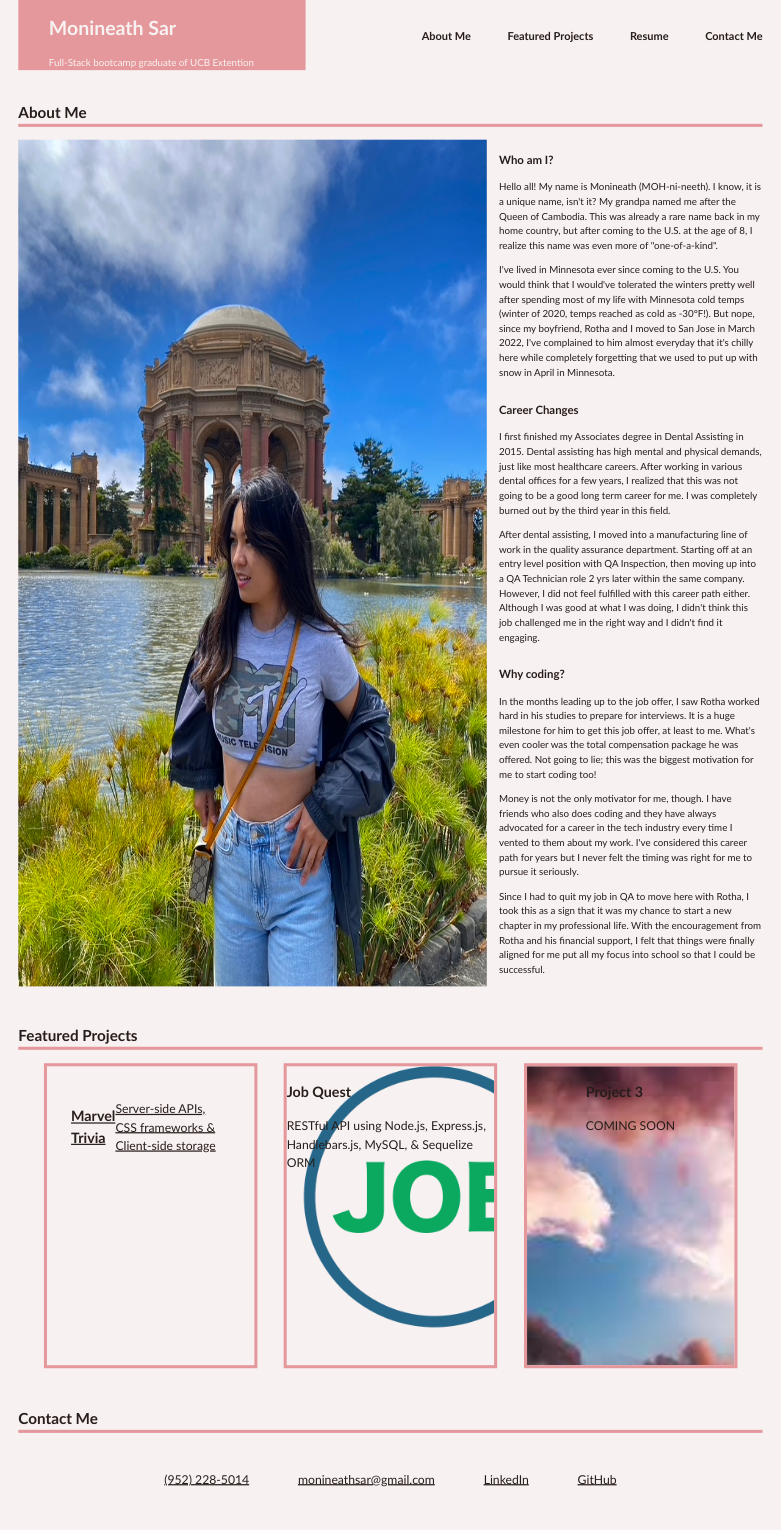
Repository: monineathsar/Challenge-2
Page: index.html
These files come from the project's save history. The page is drawn as it stood at one moment and after the next save; the edit follows.
The browser window is 1280 px wide. The pictures show the whole page, at 61% of full size.

Above is the page before, as saved 2022-08-13 13:11:52.

### index.html
<!DOCTYPE html>
<html lang="en">

<head>
    <meta charset="UTF-8">
    <meta http-equiv="X-UA-Compatible" content="IE=edge">
    <meta name="viewport" content="width=device-width, initial-scale=1.0">
    <title>Sar, M. / Full-Stack Developer</title>
    <link rel="stylesheet" href="./assets/css/style.css">
</head>

<body>
    <!--main page header and nav bar-->
    <header>
        <div>
            <h1>Monineath Sar</h1>
            <span>Full-Stack bootcamp graduate of UCB Extention</span>
        </div>
        <nav>
            <a href="#about"><b>About Me</b></a>
            <a href="#projects"><b>Featured Projects</b></a>
            <a href=""><b>Resume</b></a>
            <a href="#contact"><b>Contact Me</b></a>
        </nav>
    </header>
    <main>
        <!--"About me" container-->
        <section id="about" class="page-section">
            <h2>About Me</h2>
            <!--tab links-->
            <div class="aboutMeDiv">
                <img src="./assets/images/profilePic.JPG" alt="Monineath Sar" width="auto" height="auto">
                <!--"Who am I" paragraph-->
                <div class="aboutMeSection">
                    <section id="who">
                        <h3>Who am I?</h3>
                        <p>
                            Hello all! My name is Monineath (MOH-ni-neeth). I know, it is a
                            unique name, isn't it? My grandpa named me after the Queen of Cambodia.
                            This was already a rare name back in my home country, but after coming
                            to the U.S. at the age of 8, I realize this name was even more of "one-of-a-kind".
                        </p>
                        <p>
                            I've lived in Minnesota ever since coming to the U.S.
                            You would think that I would've tolerated the winters pretty well after
                            spending most of my life with Minnesota cold temps (winter of 2020, temps
                            reached as cold as -30°F!). But nope, since my boyfriend, Rotha and I moved to San Jose in
                            March 2022, I've complained to him almost everyday that it's chilly here while completely
                            forgetting that we used to put up with snow in April in Minnesota.
                        </p>
                    </section>
                    <!--"work history" paragraph-->
                    <section id="work">
                        <h3>Career Changes</h3>
                        <p>
                            I first finished my Associates degree in Dental Assisting in 2015. Dental assisting has high
                            mental and physical demands, just like most healthcare careers. After working in various
                            dental offices for a few years, I realized that this was not going to be a good long term
                            career for me. I was completely burned out by the third year in this field.
                        <p>
                            After dental assisting, I moved into a manufacturing line of work in the quality
                            assurance department. Starting off at an entry level position with QA Inspection, then
                            moving up into a QA Technician role 2 yrs later within the same company. However, I did not
                            feel fulfilled with this career path either. Although I was good at what I was doing, I
                            didn't think this job challenged me in the right way and I didn't find it engaging.
                        </p>
                    </section>
                    <!--"why coding" paragraph-->
                    <section id="why">
                        <h3>Why coding?</h3>
                        <p>
                            In the months leading up to the job offer, I saw Rotha worked hard in his studies to prepare
                            for interviews. It is a huge milestone for him to get this job offer, at least
                            to me. What's even cooler was the total compensation package he was offered.
                            Not going to lie; this was the biggest motivation for me to start coding too!
                        </p>
                        <p>
                            Money is not the only motivator for me, though. I have friends
                            who also does coding and they have always advocated for a career in the tech
                            industry every time I vented to them about my work. I've considered this
                            career path for years but I never felt the timing was right for me to pursue it seriously.
                        </p>
                        <p>
                            Since I had to quit my job in QA to move here with Rotha, I took this as a sign that it was
                            my chance to start a new chapter in my professional life. With the encouragement from Rotha
                            and his financial support, I felt that things were finally aligned for me put all my focus
                            into school so that I could be successful.
                        </p>
                    </section>
                </div>
            </div>
        </section>
        <!--Featured Projects Container-->
        <section id="projects" class="page-section">
            <h2>Featured Projects</h2>
            <div class="projectContainer">


                <div class="projectsBoxes">
                    <a href="https://monineathsar.github.io/Marvel_Trivia1.0/"
                    class="project"target="_blank" >
                    <h3>Marvel Trivia</h3>
                    <span>Server-side APIs, CSS frameworks & Client-side storage</span>
                    </a>
                </div>


                <a href="https://jobquest.herokuapp.com/" class="projectsBoxes project2" target="_blank">
                    <div>
                        <h3>Job Quest</h3>
                        <span>RESTful API using Node.js, Express.js, Handlebars.js, MySQL, & Sequelize ORM </span>
                    </div>
                </a>

                <a href="" class="projectsBoxes project3">
                    <div>
                        <h3>Project 3</h3>
                        <span>COMING SOON</span>
                    </div>
                </a>
            </div>
        </section>
        <section id="contact" class="page-section">
            <h2>Contact Me</h2>
            <div class="contactMe">
                <a href="tel:+9522285014">(952) 228-5014</a>
                <a href="mailto:monineathsar@gmail.com">monineathsar@gmail.com</a>
                <a href="https://www.linkedin.com/in/monineath-sar-978657236/">LinkedIn</a>
                <a href="https://github.com/monineathsar">GitHub</a>
            </div>
        </section>
    </main>

</body>

</html>

### assets/css/style.css
* {
    box-sizing: border-box;
}
body {
    margin: 0;
    padding: 0;
    font-family: 'Trebuchet MS', 'Lucida Sans Unicode', 'Lucida Grande', 'Lucida Sans', Arial, sans-serif;
    color: #271D1B;
    background-color: #F8F1F1;
    line-height: 1.5;
}
/*Header Flex container*/
header {
    padding: 0px 15px 0px 30px;
    display: flex;
    flex-direction: row;
    justify-content: space-between;
    flex-wrap: wrap;
    align-items: flex-start;
}

/*My name and span message flexbox*/
header div {
    display: flex;
    justify-content: end;
    flex-direction: column;
    flex-wrap: wrap;
    align-items: flex-start;
    color: #F8F1F1;
    padding: 0px 85px 0px 50px;
    margin: 0px;
    background-color: #E5989B;
}

/*Header Nav Flexbox*/
header nav {
    display: flex;
    flex-direction: row;
    flex-wrap: wrap;
    font-size: large;
    margin-top: 30px;
    padding: 0px;
}

/*Header Nav Bar text style*/
nav a {
    margin-left: 30px;
    padding: 15px;
    text-decoration: none;
    color: #271D1B;
}

main {
    margin-top: 10px;
    margin-bottom: 20px;
}

.page-section {
    display: flex;
    flex-direction: column;
    flex-wrap: wrap;
    margin: 20px;
    padding: 10px;
}

h2 {
    border-bottom: 5px solid #E5989B;
    font-size: 25px;
}

/*AboutMe-section container */
.aboutMeDiv {
    display: flex;
    justify-content: flex-start;
    flex-direction: row;
    flex-wrap: nowrap;
}

/*AboutMe flexbox*/
.aboutMeSection {
    display: flex;
    justify-content: flex-start;
    flex-direction: column;
    flex-wrap: wrap;
    align-items: flex-start;
    margin-left: 20px;
}

/*Project-setion container*/
.projectContainer {
    display: flex;
    flex-wrap: wrap;
    flex-direction: row;
    justify-content: space-evenly;
}

/*Each project flexboxes*/
.projectsBoxes {
    display: flex;
    align-items: flex-start;
    justify-content: center;
    padding: 0 0 20px 0;
    margin: 2px;
    text-decoration: none;
    border: 5px solid #E5989B;
    color: #271D1B;
    height: 500px;
    width: 350px;
    background-size: 250%;
}

/*background pics of project flexboxes*/
.project1 {
    background-image: url('marvelLogo.jpg');
    object-fit: contain;
}

.project2 {
    background-image: url(./images/JobQuestLogo.jpeg);
}

.project3 {
    background-image: url(/Users/monineathsar/Desktop/Bootcamp/homework/Challenge-2/assets/images/images3.jpeg);
}
/*Contact me container*/
.contactMe {
    display: flex;
    justify-content: center;
    flex-direction: row;
    align-items: center;
    flex-wrap: wrap;
}
/*contact me nav bar flexbox*/
div a {
    display: flex;
    justify-content: space-between;
    flex-wrap: nowrap;
    align-items: center;
    margin: 20px;
    padding: 20px;
    color: #271D1B;
    font-size: 20px;
}

After the next save:
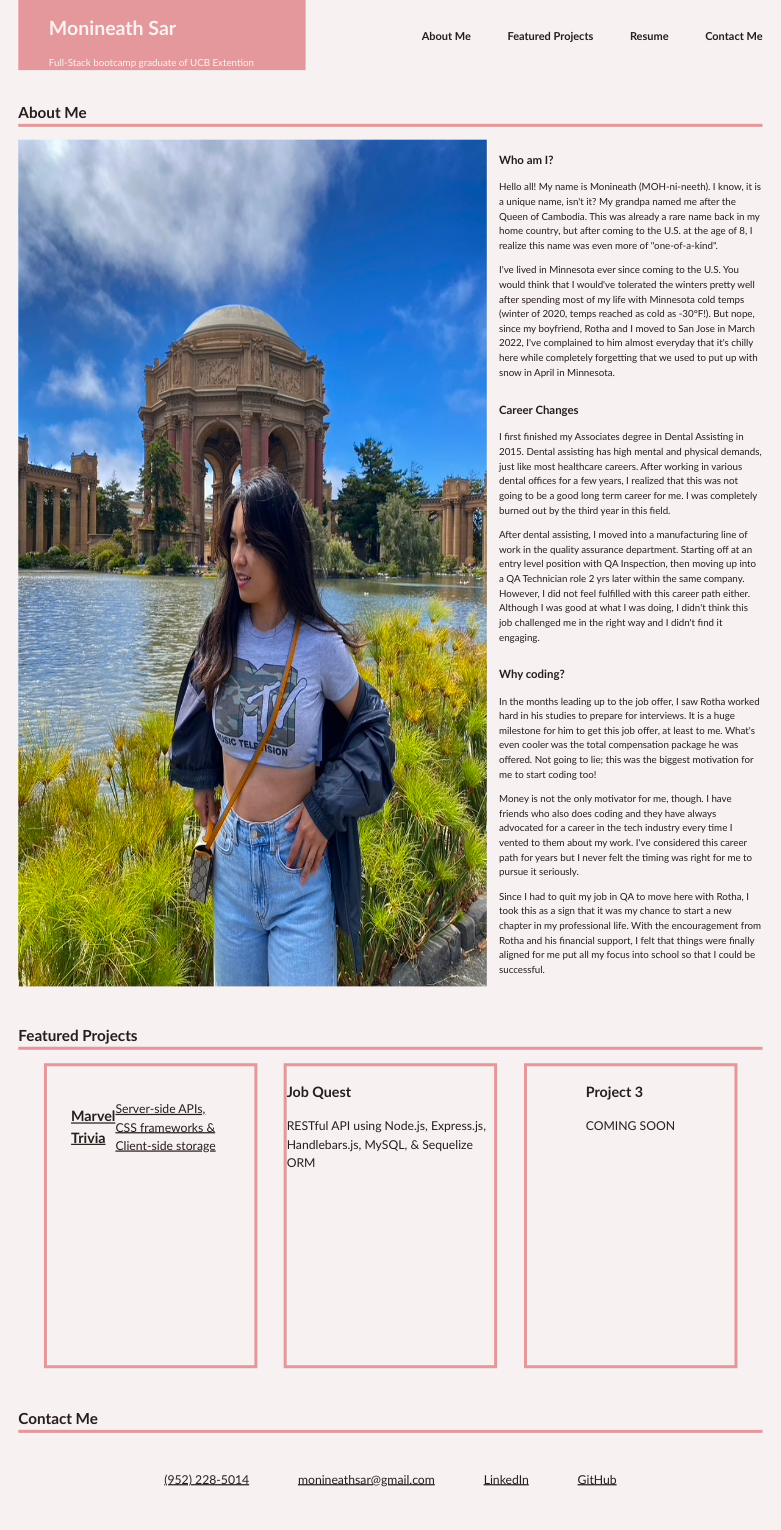
Saved 100 s later.
--- a/assets/css/style.css
+++ b/assets/css/style.css
@@ -111,16 +111,25 @@
 
 /*background pics of project flexboxes*/
 .project1 {
-    background-image: url('marvelLogo.jpg');
-    object-fit: contain;
+    display: flex;
+    align-items: flex-start;
+    justify-content: center;
+    padding: 0 0 20px 0;
+    margin: 2px;
+    text-decoration: none;
+    border: 5px solid #E5989B;
+    color: #271D1B;
+    height: 500px;
+    width: 350px;
+    background-size: 250%;
 }
 
 .project2 {
-    background-image: url(./images/JobQuestLogo.jpeg);
+    background-image: url();
 }
 
 .project3 {
-    background-image: url(/Users/monineathsar/Desktop/Bootcamp/homework/Challenge-2/assets/images/images3.jpeg);
+    background-image: url();
 }
 /*Contact me container*/
 .contactMe {
